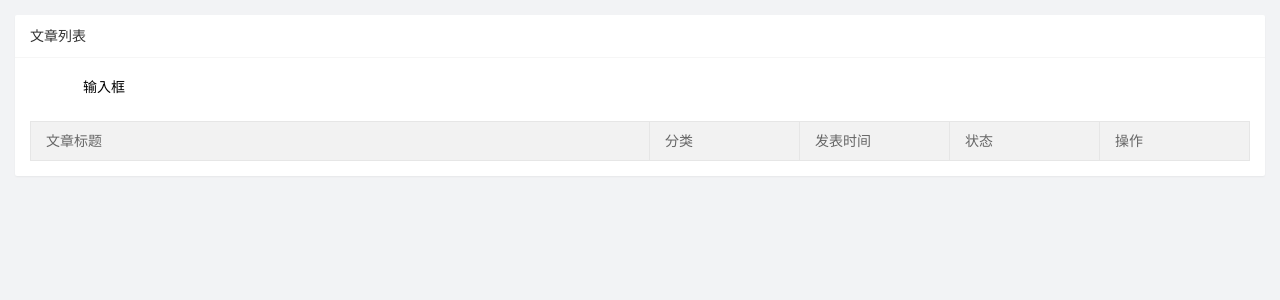
Repository: haloxxi/web_bigevent
Page: article/art-list.html
These files come from the project's save history. The page is drawn as it stood at one moment and after the next save; the edit follows.
The browser window is 1280 px wide. The pictures show the whole page.
The page's requests for data from a server got no answer.

Above is the page before, as saved 2022-06-29 15:30:53.
Console error: TypeError: Cannot read properties of undefined (reading 'status')

After the next save:
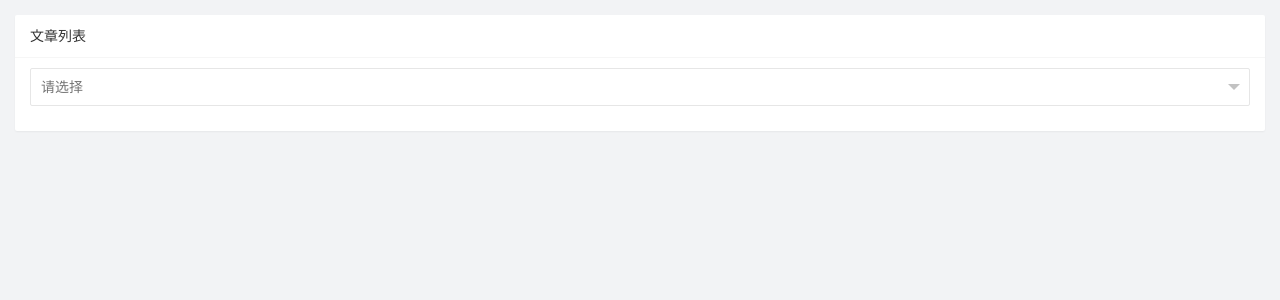
Saved 35 s later.
--- a/article/art-list.html
+++ b/article/art-list.html
@@ -18,7 +18,13 @@
             <!-- 筛选区域 -->
             <form class="layui-form" action="">
                 <div class="layui-form-item">
-                    <label class="layui-form-label">输入框</label>
+                    <select name="city" lay-verify="required">
+                        <option value=""></option>
+                        <option value="0">北京</option>
+                        <option value="1">上海</option>
+                        <option value="2">广州</option>
+                        <option value="3">深圳</option>
+                        <option value="4">杭州</option>
 
                 </div>
             </form>
